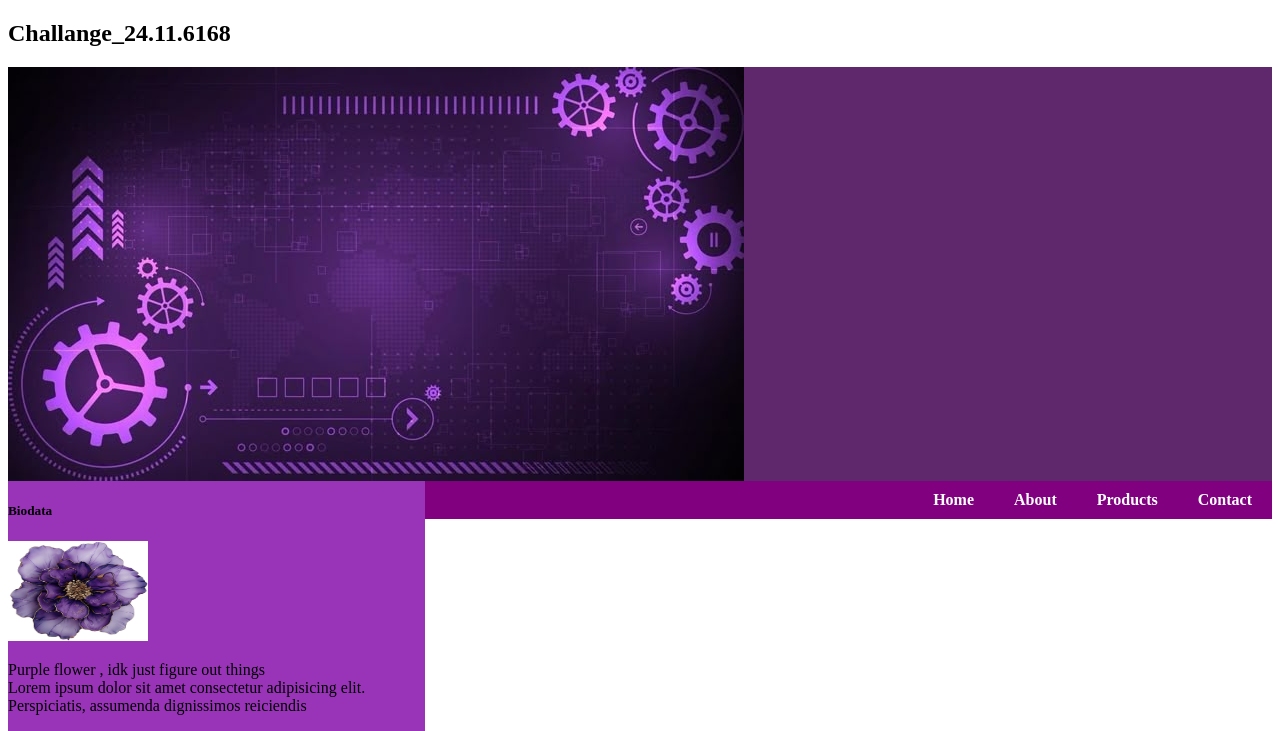
Repository: Ms-Ulfiyahrustam/p5_pemogramanweb
Page: index.html
These files come from the project's save history. The page is drawn as it stood at one moment and after the next save; the edit follows.
The browser window is 1280 px wide. The pictures show the whole page.

Above is the page before, as saved 2026-04-27 09:30:12.

After the next save:
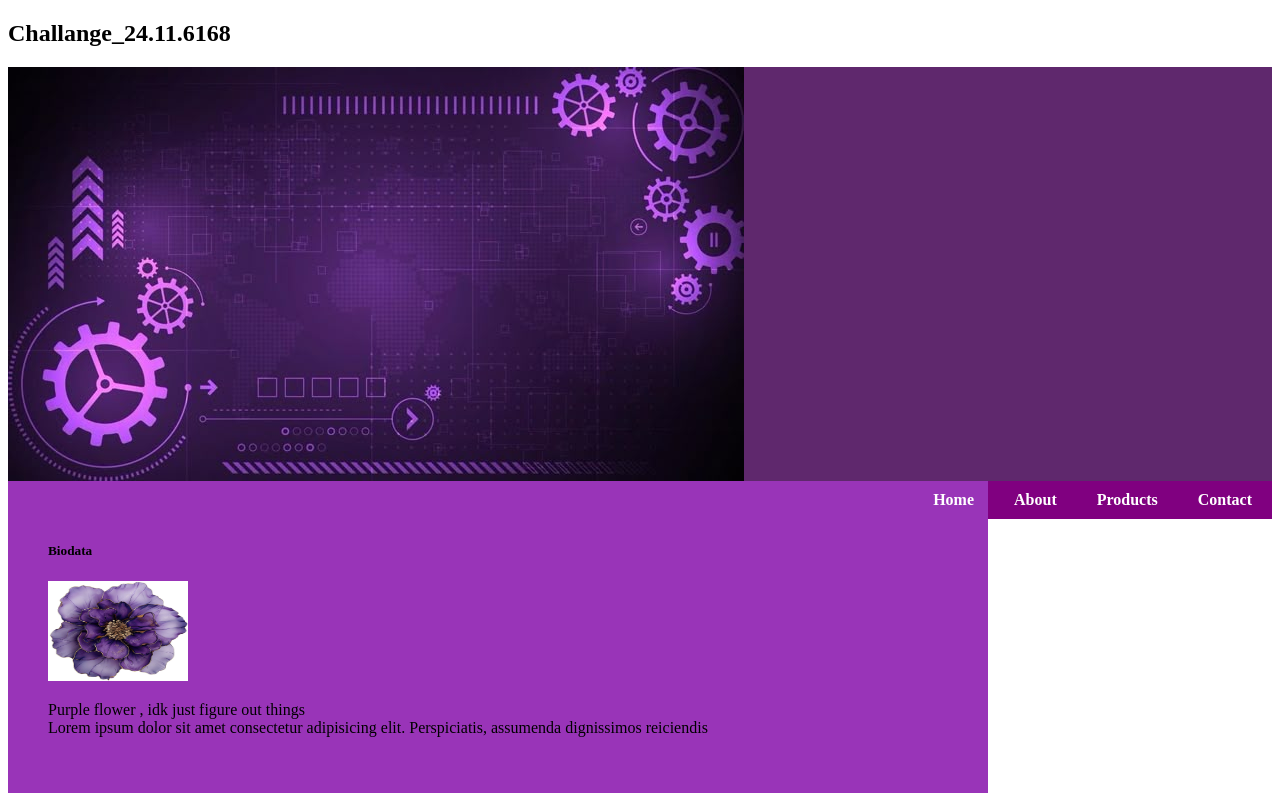
Saved 5 min 20 s later.
--- a/style.css
+++ b/style.css
@@ -7,7 +7,8 @@
 }
 
 .leftside{
-    width:33%;
+    width:900px;
+    padding: 40px;
     float:left;
     background-color: rgb(153, 52, 184);
 
@@ -22,7 +23,6 @@
     color: azure;
 
 }
-
 
 .menu {
   background-color: purple;
